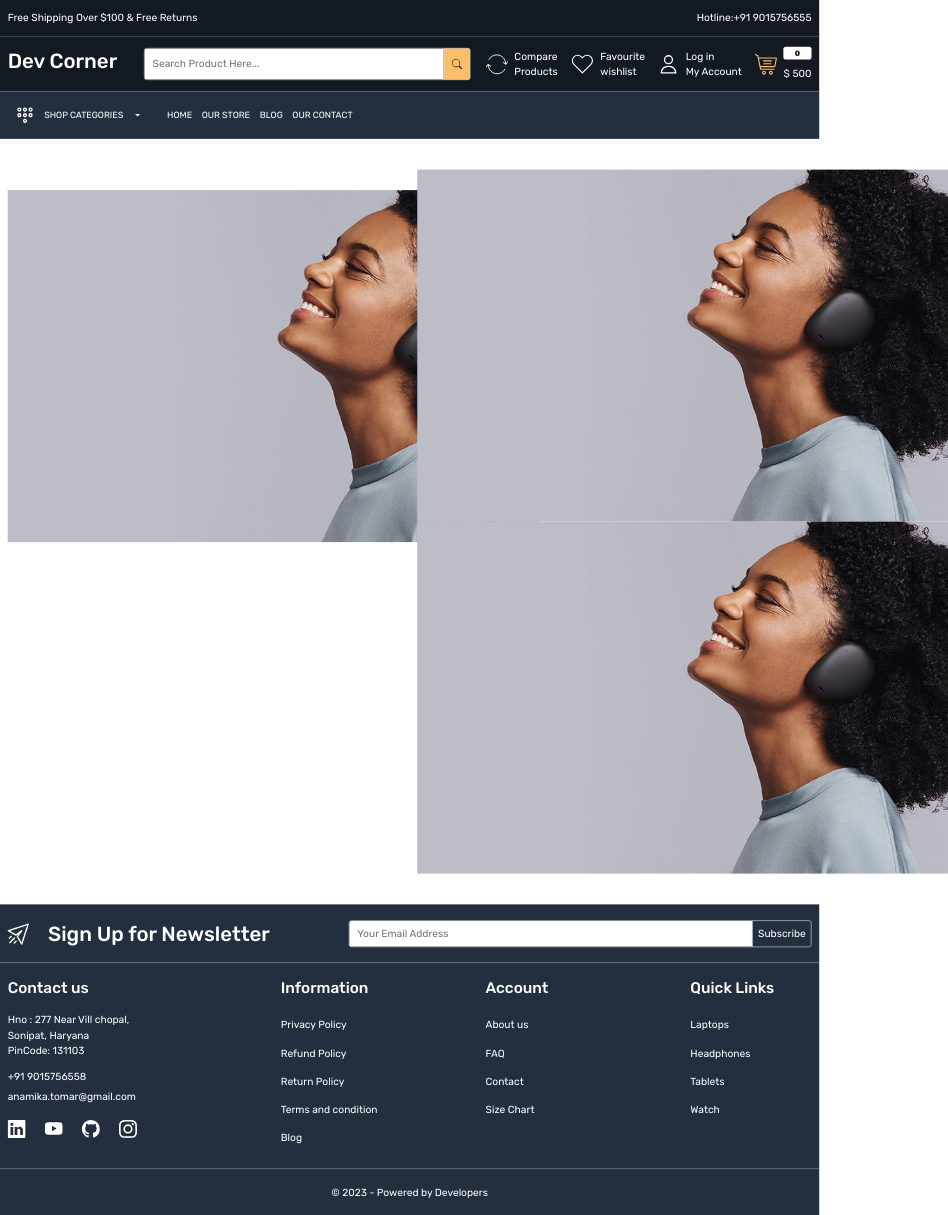
Repository: anamikatomar21/demo
Page: /
An editor plug-in stored every save of this project. The page is shown before and after the next save, followed by the edit.
The browser window is 1280 px wide. The page is 1482 px wide, so the pictures cover 1482 px, including what lies to the right of the window. The pictures show the whole page, at 64% of full size.
The project was rebuilt for these pictures with package versions that can differ from the ones it lists, and the page was loaded fresh each time. Also part of the build but not shown: src/pages/About.js, src/pages/Contact.js.

Above is the page before, as saved 2023-05-14 18:56:57.

After the next save:
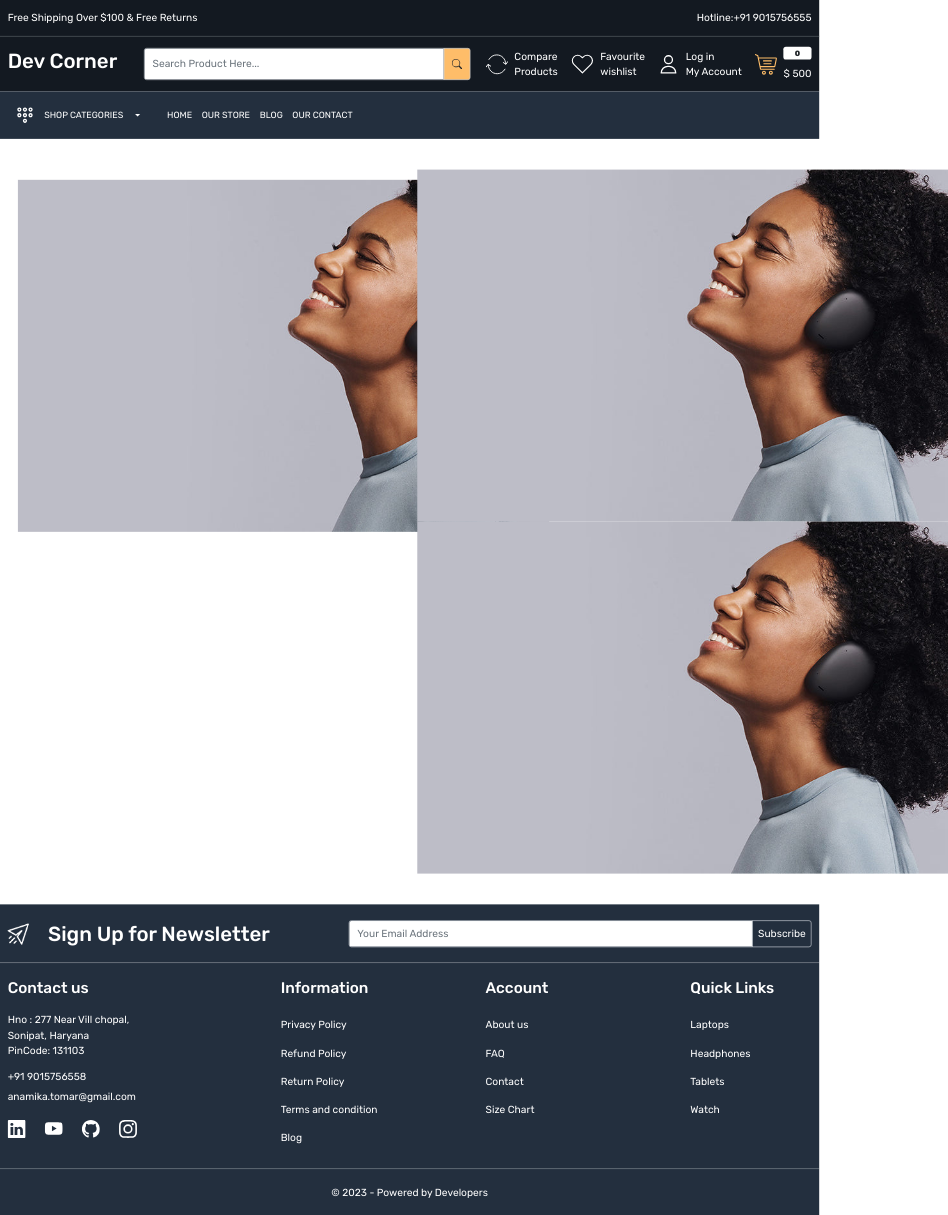
Saved 4 s later.
--- a/src/pages/Home.js
+++ b/src/pages/Home.js
@@ -7,9 +7,9 @@
         <div className="container-xxl">
           <div className="row">
             <div className="col-6">
-
-              <div className="main-banner-content p-3"></div>
-              <img src="/images/images/main-banner.jpg" alt="" />
+              <div className="main-banner-content p-3">
+                <img src="/images/images/main-banner.jpg" alt="" />
+              </div>
             </div>
 
             <div className="col-6">
